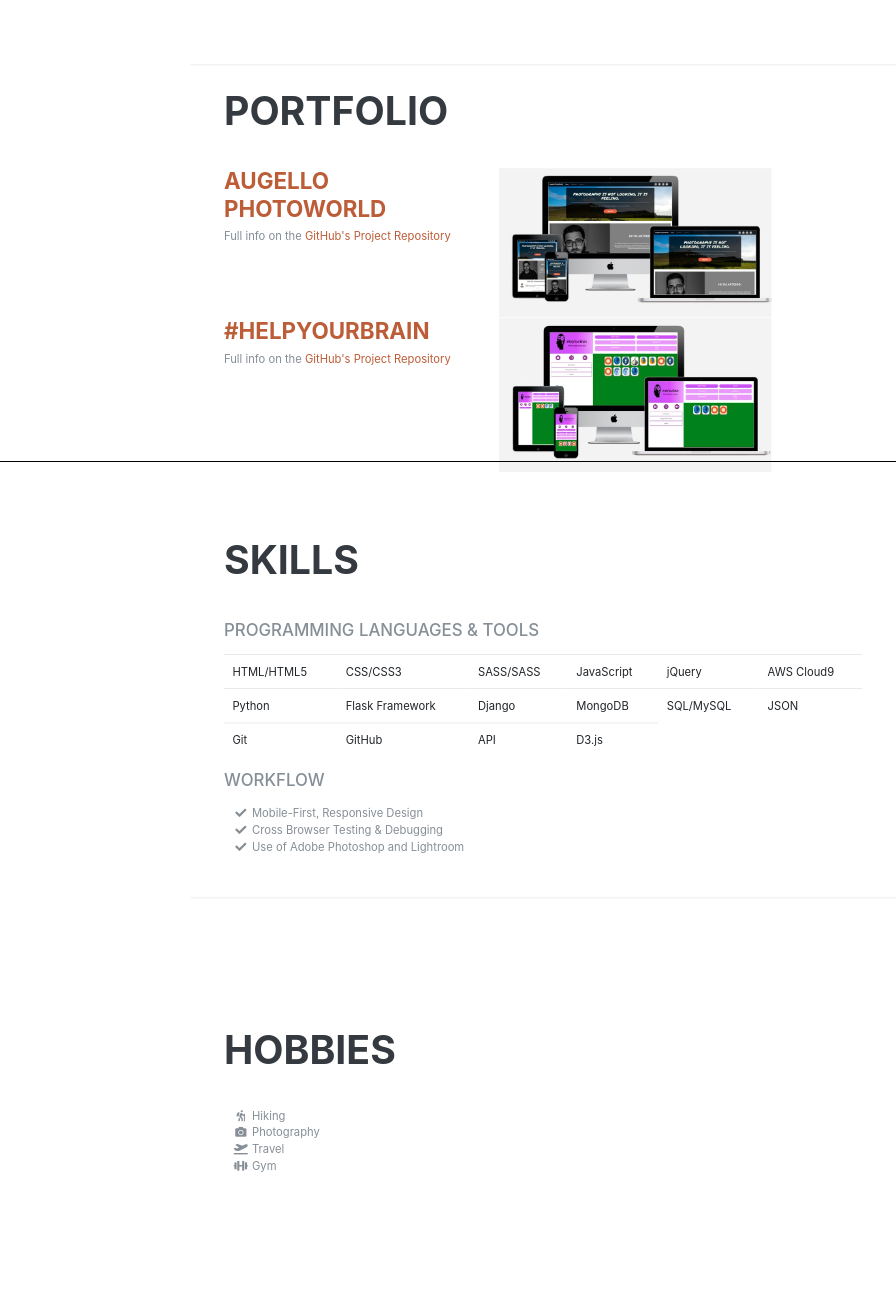
Repository: gello94/antonio_augello_online_Resume
Page: http://localhost/
The author's editor kept a record of every edit. The page is drawn from the files as they stood at one moment, then again after the next edit.
The browser window is 1280 px wide. The pictures show the part of the page from y = 2246 to 4166 px (the page is 4105 px tall before and 4166 px after), at 70% of full size.
Some web fonts or font styles are not loaded; a fallback is used. The page is served by the project's application, run on Flask 3 (run.py).

Above is the page before.

After the next edit:
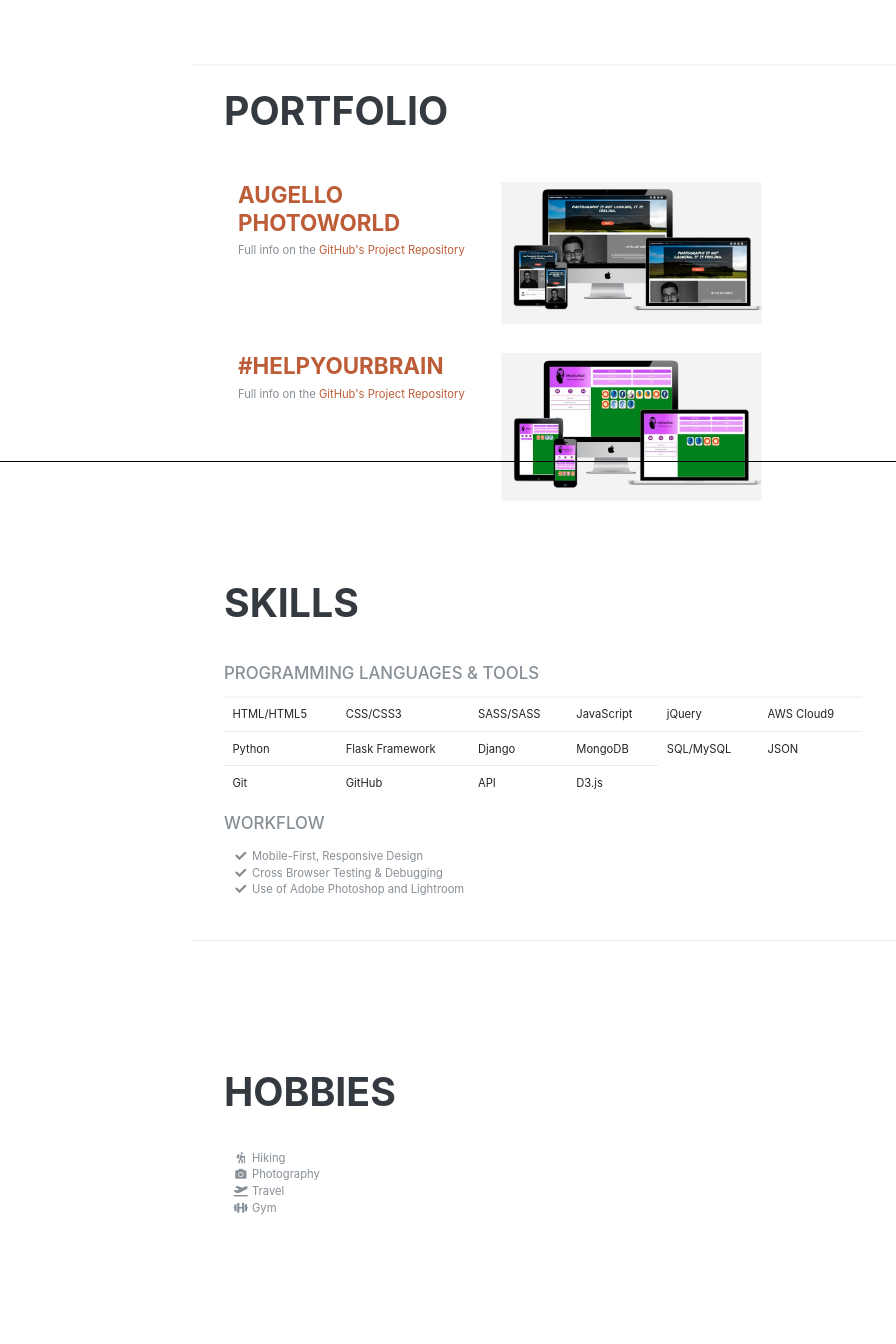
The edit:
--- a/static/css/main.css
+++ b/static/css/main.css
@@ -51,6 +51,6 @@
   max-width: 75%;
 }
 
-.portfolio-row {
-    padding: 10px;
+.portfolio-section {
+    padding: 20px;
 }
